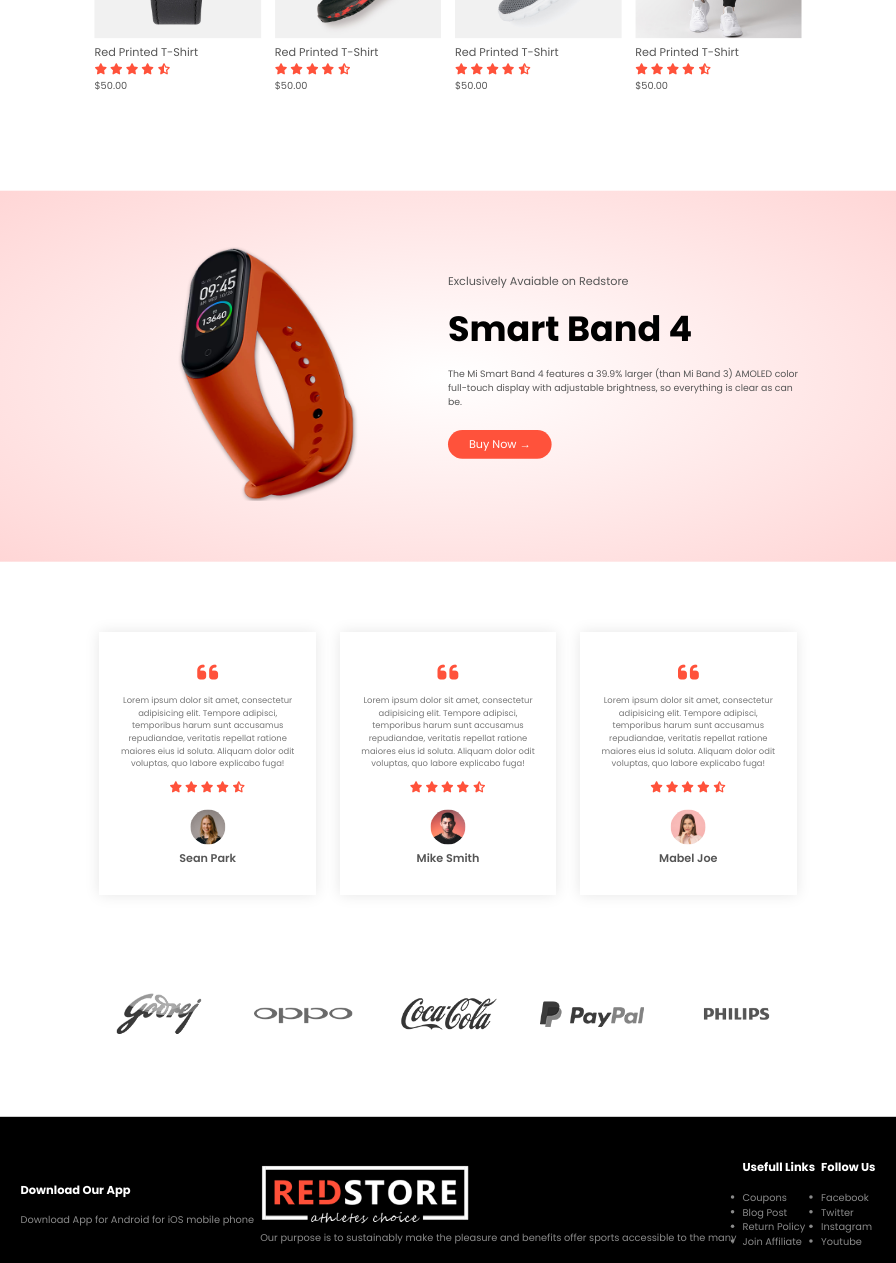
Repository: datvu1608/redsportstore
Page: index.html
An editor plug-in stored every save of this project. The page is shown before and after the next save, followed by the edit.
The browser window is 1280 px wide. The pictures show the part of the page from y = 2789 to 4709 px (the page is 4593 px tall before and 4709 px after), at 70% of full size.

Above is the page before, as saved 2023-11-23 15:16:35.

### index.html
<!DOCTYPE html>
<html lang="en">
  <head>
    <meta charset="UTF-8" />
    <meta name="viewport" content="width=device-width, initial-scale=1.0" />
    <title>Restore | Ecommerce Website Design</title>
    <link
      href="https://fonts.googleapis.com/css2?family=Poppins:wght@300;400;500;600;700&display=swap"
      rel="stylesheet"
    />
    <link
      rel="stylesheet"
      href="https://cdnjs.cloudflare.com/ajax/libs/font-awesome/6.4.2/css/all.min.css"
    />
    <link rel="stylesheet" href="./styles.css" />
  </head>
  <body>
    <div class="header">
      <div class="container">
        <div class="navbar">
          <div class="logo">
            <img src="./images/logo.png" alt="" width="125px" />
          </div>
          <nav>
            <ul>
              <li>
                <a href="#">Home</a>
              </li>
              <li>
                <a href="#">Products</a>
              </li>
              <li>
                <a href="#">About</a>
              </li>
              <li>
                <a href="#">Contact</a>
              </li>
              <li>
                <a href="#">Account</a>
              </li>
            </ul>
          </nav>
          <img
            src="./images/cart.png"
            width="30px"
            height="30px"
            alt="cart-icon"
          />
        </div>
        <div class="row">
          <div class="col-2">
            <h1>Give Your Workout <br />A New Style!</h1>
            <p>
              Succes isn't always about greatness. It's about consistency.
              Consistent hard work gains success. Greatness will come.
            </p>
            <a href="" class="btn">Explore Now &#8594;</a>
          </div>
          <div class="col-2">
            <img src="./images/image1.png" alt="" />
          </div>
        </div>
      </div>
    </div>
    <!-- featured categories -->
    <div class="categories">
      <div class="small-container">
        <div class="row">
          <div class="col-3">
            <img src="./images/category-1.jpg" alt="" />
          </div>
          <div class="col-3">
            <img src="./images/category-2.jpg" alt="" />
          </div>
          <div class="col-3">
            <img src="./images/category-3.jpg" alt="" />
          </div>
        </div>
      </div>
    </div>
    <!-- featured-products -->
    <div class="small-container">
      <h2 class="title">Featured Products</h2>
      <div class="row">
        <div class="col-4">
          <img src="./images/product-1.jpg" alt="" />
          <h4>Red Printed T-Shirt</h4>
          <div class="rating">
            <i class="fa-solid fa-star"></i>
            <i class="fa-solid fa-star"></i>
            <i class="fa-solid fa-star"></i>
            <i class="fa-solid fa-star"></i>
            <i class="fa-regular fa-star"></i>
          </div>
          <p>$50.00</p>
        </div>
        <div class="col-4">
          <img src="./images/product-2.jpg" alt="" />
          <h4>Red Printed T-Shirt</h4>
          <div class="rating">
            <i class="fa-solid fa-star"></i>
            <i class="fa-solid fa-star"></i>
            <i class="fa-solid fa-star"></i>
            <i class="fa-solid fa-star"></i>
            <i class="fa-regular fa-star"></i>
          </div>
          <p>$50.00</p>
        </div>
        <div class="col-4">
          <img src="./images/product-3.jpg" alt="" />
          <h4>Red Printed T-Shirt</h4>
          <div class="rating">
            <i class="fa-solid fa-star"></i>
            <i class="fa-solid fa-star"></i>
            <i class="fa-solid fa-star"></i>
            <i class="fa-solid fa-star"></i>
            <i class="fa-solid fa-star-half-stroke"></i>
          </div>
          <p>$50.00</p>
        </div>
        <div class="col-4">
          <img src="./images/product-4.jpg" alt="" />
          <h4>Red Printed T-Shirt</h4>
          <div class="rating">
            <i class="fa-solid fa-star"></i>
            <i class="fa-solid fa-star"></i>
            <i class="fa-solid fa-star"></i>
            <i class="fa-solid fa-star"></i>
            <i class="fa-solid fa-star-half-stroke"></i>
          </div>
          <p>$50.00</p>
        </div>
      </div>
      <h2 class="title">Lates Products</h2>
      <div class="row">
        <div class="col-4">
          <img src="./images/product-5.jpg" alt="" />
          <h4>Red Printed T-Shirt</h4>
          <div class="rating">
            <i class="fa-solid fa-star"></i>
            <i class="fa-solid fa-star"></i>
            <i class="fa-solid fa-star"></i>
            <i class="fa-solid fa-star"></i>
            <i class="fa-regular fa-star"></i>
          </div>
          <p>$50.00</p>
        </div>
        <div class="col-4">
          <img src="./images/product-6.jpg" alt="" />
          <h4>Red Printed T-Shirt</h4>
          <div class="rating">
            <i class="fa-solid fa-star"></i>
            <i class="fa-solid fa-star"></i>
            <i class="fa-solid fa-star"></i>
            <i class="fa-solid fa-star"></i>
            <i class="fa-regular fa-star"></i>
          </div>
          <p>$50.00</p>
        </div>
        <div class="col-4">
          <img src="./images/product-7.jpg" alt="" />
          <h4>Red Printed T-Shirt</h4>
          <div class="rating">
            <i class="fa-solid fa-star"></i>
            <i class="fa-solid fa-star"></i>
            <i class="fa-solid fa-star"></i>
            <i class="fa-solid fa-star"></i>
            <i class="fa-solid fa-star-half-stroke"></i>
          </div>
          <p>$50.00</p>
        </div>
        <div class="col-4">
          <img src="./images/product-8.jpg" alt="" />
          <h4>Red Printed T-Shirt</h4>
          <div class="rating">
            <i class="fa-solid fa-star"></i>
            <i class="fa-solid fa-star"></i>
            <i class="fa-solid fa-star"></i>
            <i class="fa-solid fa-star"></i>
            <i class="fa-solid fa-star-half-stroke"></i>
          </div>
          <p>$50.00</p>
        </div>
        <div class="col-4">
          <img src="./images/product-9.jpg" alt="" />
          <h4>Red Printed T-Shirt</h4>
          <div class="rating">
            <i class="fa-solid fa-star"></i>
            <i class="fa-solid fa-star"></i>
            <i class="fa-solid fa-star"></i>
            <i class="fa-solid fa-star"></i>
            <i class="fa-solid fa-star-half-stroke"></i>
          </div>
          <p>$50.00</p>
        </div>
        <div class="col-4">
          <img src="./images/product-10.jpg" alt="" />
          <h4>Red Printed T-Shirt</h4>
          <div class="rating">
            <i class="fa-solid fa-star"></i>
            <i class="fa-solid fa-star"></i>
            <i class="fa-solid fa-star"></i>
            <i class="fa-solid fa-star"></i>
            <i class="fa-solid fa-star-half-stroke"></i>
          </div>
          <p>$50.00</p>
        </div>
        <div class="col-4">
          <img src="./images/product-11.jpg" alt="" />
          <h4>Red Printed T-Shirt</h4>
          <div class="rating">
            <i class="fa-solid fa-star"></i>
            <i class="fa-solid fa-star"></i>
            <i class="fa-solid fa-star"></i>
            <i class="fa-solid fa-star"></i>
            <i class="fa-solid fa-star-half-stroke"></i>
          </div>
          <p>$50.00</p>
        </div>
        <div class="col-4">
          <img src="./images/product-12.jpg" alt="" />
          <h4>Red Printed T-Shirt</h4>
          <div class="rating">
            <i class="fa-solid fa-star"></i>
            <i class="fa-solid fa-star"></i>
            <i class="fa-solid fa-star"></i>
            <i class="fa-solid fa-star"></i>
            <i class="fa-solid fa-star-half-stroke"></i>
          </div>
          <p>$50.00</p>
        </div>
      </div>
    </div>
    <!-- offer -->
    <div class="offer">
      <div class="small-container">
        <div class="row">
          <div class="col-2">
            <img src="./images/exclusive.png" class="offer-img" alt="" />
          </div>
          <div class="col-2">
            <p>Exclusively Avaiable on Redstore</p>
            <h1>Smart Band 4</h1>
            <small
              >The Mi Smart Band 4 features a 39.9% larger (than Mi Band 3)
              AMOLED color full-touch display with adjustable brightness, so
              everything is clear as can be.
            </small>
            <a href="#" class="btn">Buy Now &#8594;</a>
          </div>
        </div>
      </div>
    </div>
    <!-- testimonial -->
    <div class="testimonial">
      <div class="small-container">
        <div class="row">
          <div class="col-3">
            <i class="fa-solid fa-quote-left"></i>
            <p>
              Lorem ipsum dolor sit amet, consectetur adipisicing elit. Tempore
              adipisci, temporibus harum sunt accusamus repudiandae, veritatis
              repellat ratione maiores eius id soluta. Aliquam dolor odit
              voluptas, quo labore explicabo fuga!
            </p>
            <div class="rating">
              <i class="fa-solid fa-star"></i>
              <i class="fa-solid fa-star"></i>
              <i class="fa-solid fa-star"></i>
              <i class="fa-solid fa-star"></i>
              <i class="fa-solid fa-star-half-stroke"></i>
            </div>
            <img src="./images/user-1.png" alt="" />
            <h3>Sean Park</h3>
          </div>
          <div class="col-3">
            <i class="fa-solid fa-quote-left"></i>
            <p>
              Lorem ipsum dolor sit amet, consectetur adipisicing elit. Tempore
              adipisci, temporibus harum sunt accusamus repudiandae, veritatis
              repellat ratione maiores eius id soluta. Aliquam dolor odit
              voluptas, quo labore explicabo fuga!
            </p>
            <div class="rating">
              <i class="fa-solid fa-star"></i>
              <i class="fa-solid fa-star"></i>
              <i class="fa-solid fa-star"></i>
              <i class="fa-solid fa-star"></i>
              <i class="fa-solid fa-star-half-stroke"></i>
            </div>
            <img src="./images/user-2.png" alt="" />
            <h3>Mike Smith</h3>
          </div>
          <div class="col-3">
            <i class="fa-solid fa-quote-left"></i>
            <p>
              Lorem ipsum dolor sit amet, consectetur adipisicing elit. Tempore
              adipisci, temporibus harum sunt accusamus repudiandae, veritatis
              repellat ratione maiores eius id soluta. Aliquam dolor odit
              voluptas, quo labore explicabo fuga!
            </p>
            <div class="rating">
              <i class="fa-solid fa-star"></i>
              <i class="fa-solid fa-star"></i>
              <i class="fa-solid fa-star"></i>
              <i class="fa-solid fa-star"></i>
              <i class="fa-solid fa-star-half-stroke"></i>
            </div>
            <img src="./images/user-3.png" alt="" />
            <h3>Mabel Joe</h3>
          </div>
        </div>
      </div>
    </div>
    <!-- brands -->
    <div class="brands">
      <div class="small-container">
        <div class="row">
          <div class="col-5">
            <img src="./images/logo-godrej.png" alt="" />
          </div>
          <div class="col-5">
            <img src="./images/logo-oppo.png" alt="" />
          </div>
          <div class="col-5">
            <img src="./images/logo-coca-cola.png" alt="" />
          </div>
          <div class="col-5">
            <img src="./images/logo-paypal.png" alt="" />
          </div>
          <div class="col-5">
            <img src="./images/logo-philips.png" alt="" />
          </div>
        </div>
      </div>
    </div>
    <!-- footer -->
    <div class="footer">
      <div class="container">
        <div class="row">
          <div class="footer-col-1">
            <h3>Download Our App</h3>
            <p>Download App for Android for iOS mobile phone</p>
          </div>
          <div class="footer-col-2">
            <img src="./images/logo-white.png" alt="" />
            <p>
              Our purpose is to sustainably make the pleasure and benefits offer
              sports accessible to the many
            </p>
          </div>
          <div class="footer-col-3">
            <h3>Usefull Links</h3>
            <ul>
              <li>Coupons</li>
              <li>Blog Post</li>
              <li>Return Policy</li>
              <li>Join Affiliate</li>
            </ul>
          </div>
          <div class="footer-col-4">
            <h3>Follow Us</h3>
            <ul>
              <li>Facebook</li>
              <li>Twitter</li>
              <li>Instagram</li>
              <li>Youtube</li>
            </ul>
          </div>
        </div>
      </div>
    </div>
  </body>
</html>

### styles.css
* {
  margin: 0;
  padding: 0;
  box-sizing: border-box;
}
body {
  font-family: 'Poppins', sans-serif;
}
a {
  text-decoration: none;
}
.navbar {
  display: flex;
  align-items: center;
  padding: 20px;
}
nav {
  flex: 1;
  text-align: right;
}
nav ul {
  display: inline-block;
  list-style-type: none;
}
nav ul li {
  display: inline-block;
  margin-right: 20px;
}
nav ul li a {
  text-decoration: none;
  color: #555;
}

p {
  color: #555;
}
.container {
  max-width: 1300px;
  margin: auto;
  padding-left: 25px;
  padding-right: 25px;
}
.row {
  display: flex;
  align-items: center;
  flex-wrap: wrap;
  justify-content: space-around;
}
.col-2 {
  flex-basis: 50%;
  min-width: 300px;
}
.col-2 img {
  max-width: 100%;
  padding: 50px 0;
}
.col-2 h1 {
  font-size: 50px;
  line-height: 60px;
  margin: 25px 0;
}
.btn {
  display: inline-block;
  background: #ff523b;
  border-radius: 30px;
  color: #fff;
  padding: 8px 30px;
  margin: 30px 0;
  transition: 0.5s;
}
.btn:hover {
  background: #563434;
}
.header {
  background: radial-gradient(#fff, #ffd6d6);
}
.header .row {
  margin-top: 70px;
}

.categories {
  margin: 70px 0;
}
.col-3 {
  flex-basis: 30%;
  min-width: 250px;
  margin-bottom: 30px;
}
.col-3 img {
  width: 100%;
}
.small-container {
  max-width: 1080px;
  margin: auto;
  padding-left: 25px;
  padding-right: 25px;
}
.col-4 {
  flex-basis: 25%;
  padding: 10px;
  min-width: 200px;
  margin-bottom: 50px;
  transition: 0.5s;
}
.col-4 img {
  width: 100%;
}

.title {
  text-align: center;
  margin: 0 auto 80px;
  position: relative;
  line-height: 60px;
  color: #555;
}
.title::after {
  content: '';
  background: #ff523b;
  width: 80px;
  height: 5px;
  position: absolute;
  border-radius: 5px;
  bottom: 0;
  left: 50%;
  transform: translateX(-50%);
}
h4 {
  color: #555;
  font-weight: normal;
}
.col-4 p {
  font-size: 14px;
}
.rating .fa-star,
.fa-star-half-stroke {
  color: #ff523b;
}

.col-4:hover {
  transform: translateY(-10px);
}
.offer {
  background: radial-gradient(#fff, #ffd6d6);
  margin-top: 80px;
  padding: 30px 0;
}
.col-2 .offer-img {
  padding: 50px;
}
small {
  color: #555;
  display: block;
}

/* Testimonial */
.testimonial {
  padding-top: 100px;
}
.testimonial .col-3 {
  text-align: center;
  padding: 40px 20px;
  box-shadow: 0 0 20px 0px rgba(0, 0, 0, 0.1);
  cursor: pointer;
  transition: transform 0.5s;
}
.testimonial .col-3 img {
  width: 50px;
  margin-top: 20px;
  border-radius: 50%;
}
.testimonial .col-3:hover {
  transform: translateY(-10px);
}
.fa-solid.fa-quote-left {
  font-size: 34px;
  color: #ff523b;
}
.col-3 p {
  font-size: 12px;
  margin: 12px 0;
  color: #777;
}
.testimonial .col-3 h3 {
  font-weight: 600;
  color: #555;
  font-size: 16px;
}
/* brands */
.brands {
  margin: 100px auto;
}
.col-5 {
  width: 160px;
}
.col-5 img {
  width: 100%;
  cursor: pointer;
  filter: grayscale(100%);
}
.col-5 img:hover {
  filter: grayscale(0);
}

/* footer */
.footer {
  background: #000;
  color: #8a8a8a;
  font-size: 14px;
  padding: 60px 0 20px;
}
.footer p {
  color: #8a8a8a;
}
.footer h3 {
  color: #fff;
  margin-bottom: 20px;
}
.footer-col-1,
.footer-col-2,
.footer-col-3,
.footer-col-4 {
  d
}

After the next save:
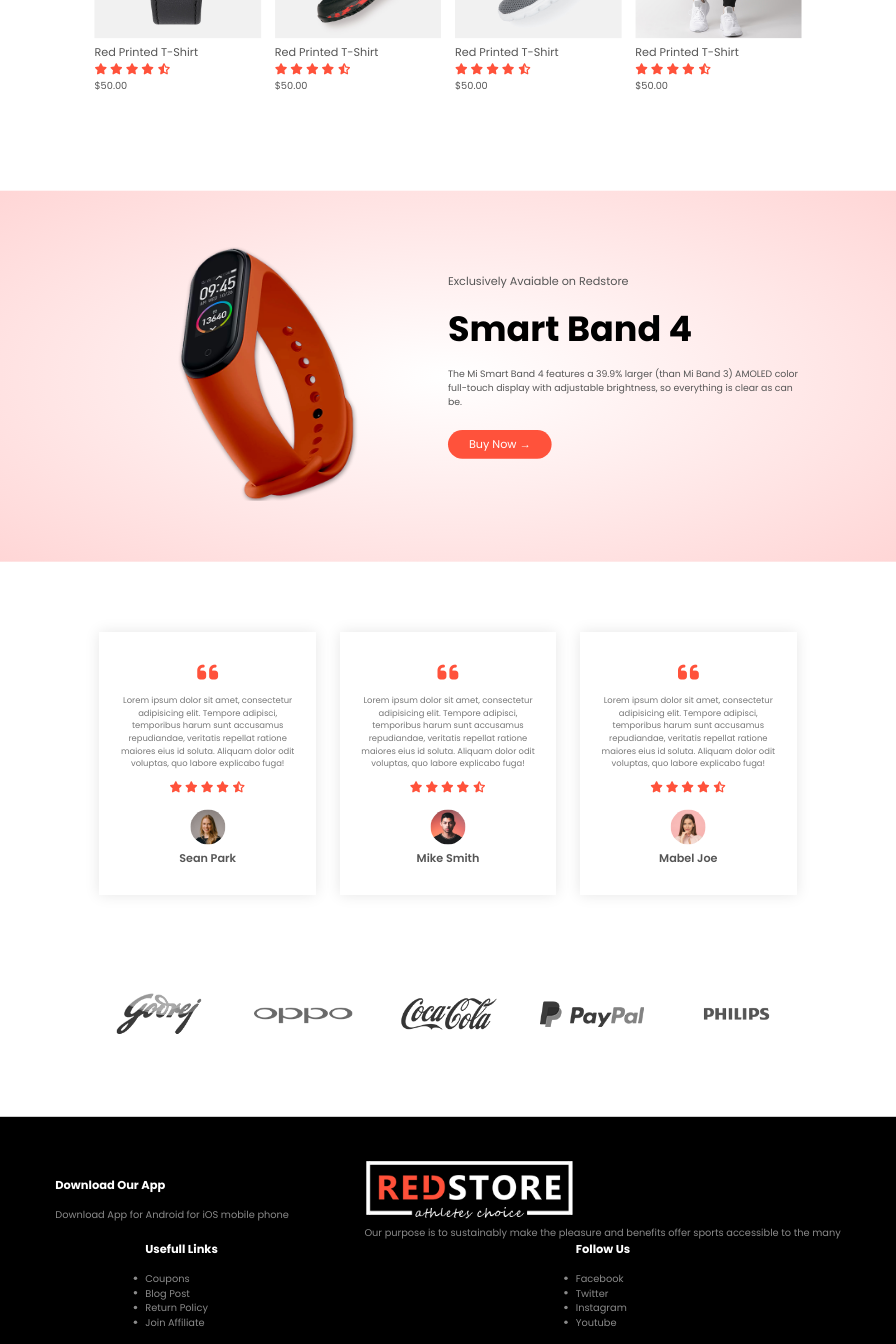
Saved 6 s later.
--- a/styles.css
+++ b/styles.css
@@ -219,5 +219,5 @@
 .footer-col-2,
 .footer-col-3,
 .footer-col-4 {
-  d
-}
+  min-width: 250px;
+}
